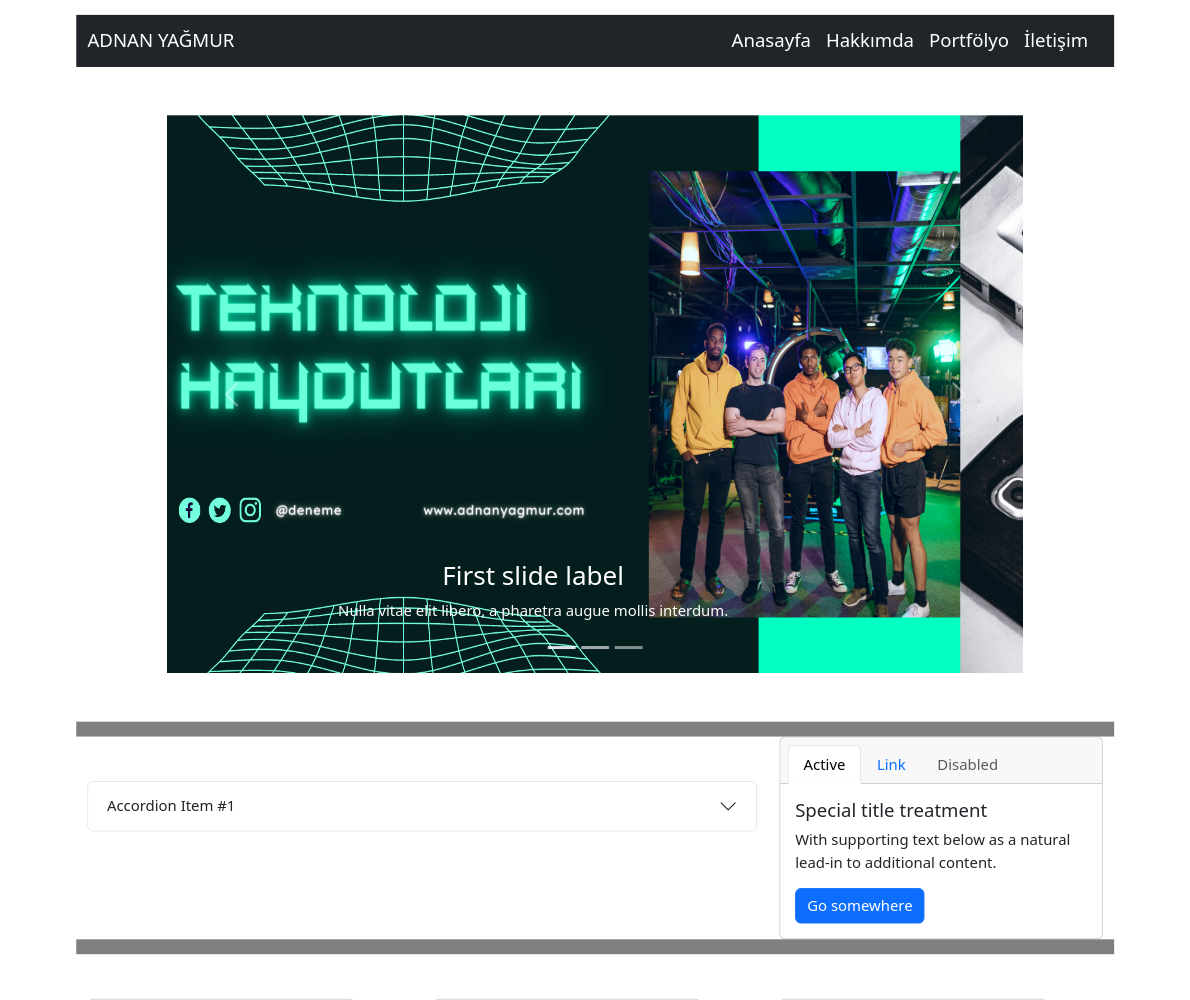
Repository: adnanyagmur/react-bootstrap-example
Page: /
The author's editor kept a copy of each file at every save. The page is drawn from the files as they stood at one save, then again after the next save.
The browser window is 1280 px wide. The pictures show the part of the page from y = 0 to 1075 px (the page is 2102 px tall before and 2150 px after), at 93% of full size.
Pictures or frames that could not be fetched are drawn as grey boxes. The project was rebuilt for these pictures with package versions that can differ from the ones it lists, and the page was loaded fresh each time.

Above is the page before, as saved 2022-06-29 12:26:44.

### src/index.js
import React from 'react';
import ReactDOM from 'react-dom/client';
import '../node_modules/bootstrap/dist/css/bootstrap.min.css';
import SSRProvider from 'react-bootstrap/SSRProvider';
import App from './App';


const root = ReactDOM.createRoot(document.getElementById('root'));
root.render(
  <React.StrictMode>
  <SSRProvider>
  <App />
</SSRProvider>
  </React.StrictMode>
);

### src/App.js
import { Container } from "react-bootstrap";
import  Appbar  from "./appComponents/Appbar.jsx";
import AppContainer from "./appComponents/AppContainer.jsx";
import AppFooter from "./appComponents/AppFooter.jsx";
import Slider from "./appComponents/Slider.jsx";

function App() {

 return (
<Container>


<Appbar></Appbar>

<Slider></Slider>


  <AppContainer></AppContainer>
  <AppFooter></AppFooter>
  </Container>
  );
}

export default App;

### src/appComponents/Appbar.jsx

const Appbar =()=>{

    return(
        <>
  <nav className="navbar navbar-dark bg-dark mb-5 mt-3">
  <div className="container-fluid">
    <a href="/" className="navbar-brand">ADNAN YAĞMUR</a>
    <form className="d-flex" role="search">
    <a href="/" className="navbar-brand">Anasayfa</a>
    <a href="/" className="navbar-brand">Hakkımda</a>
    <a href="/" className="navbar-brand">Portfölyo</a>
    <a href="/" className="navbar-brand">İletişim</a>

    </form>
  </div>
</nav>

</>
    )
}

export default Appbar;

### src/appComponents/AppContainer.jsx
import {Nav,Placeholder,Accordion,Container,Card,Button, Row, Col} from "react-bootstrap"

const AppContainer = () => {

    return (
       <Container>
        <Row className="pt-5">
        <Placeholder  xs={12} bg="black" />
        </Row>
        <Row>
        <Col sm={8}>
    <Accordion className="pt-5 pb-5">
  <Accordion.Item eventKey="0"  >
    <Accordion.Header>Accordion Item #1</Accordion.Header>
    <Accordion.Body>
      Lorem ipsum dolor sit amet, consectetur adipiscing elit, sed do eiusmod
      tempor incididunt ut labore et dolore magna aliqua. Ut enim ad minim
      veniam, quis nostrud exercitation ullamco laboris nisi ut aliquip ex ea
      commodo consequat. Duis aute irure dolor in reprehenderit in voluptate
      velit esse cillum dolore eu fugiat nulla pariatur. Excepteur sint occaecat
      cupidatat non proident, sunt in culpa qui officia deserunt mollit anim id
      est laborum.
    </Accordion.Body>
  </Accordion.Item>
</Accordion>

            </Col>
        <Col sm={4}>
        <Card>
      <Card.Header>
        <Nav variant="tabs" defaultActiveKey="#first">
          <Nav.Item>
            <Nav.Link href="#first">Active</Nav.Link>
          </Nav.Item>
          <Nav.Item>
            <Nav.Link href="#link">Link</Nav.Link>
          </Nav.Item>
          <Nav.Item>
            <Nav.Link href="#disabled" disabled>
              Disabled
            </Nav.Link>
          </Nav.Item>
        </Nav>
      </Card.Header>
      <Card.Body>
        <Card.Title>Special title treatment</Card.Title>
        <Card.Text>
          With supporting text below as a natural lead-in to additional content.
        </Card.Text>
        <Button variant="primary">Go somewhere</Button>
      </Card.Body>
    </Card>

        </Col>

        </Row>
        <Row className="pb-5">
        <Placeholder xs={12} bg="black" />
        </Row>
        <Row className="pb-5">
            <Col><Card style={{ width: '18rem' }}>

                <Card.Img className="p-3" variant="top" src="https://picsum.photos/200/200" />

                <Card.Body>
                    <Card.Title>Card Title</Card.Title>
                    <Card.Text>
                        Some quick example text to build on the card title and make up the bulk of
                        the card's content.
                    </Card.Text>
                    <Button variant="primary">Go somewhere</Button>
                </Card.Body>
            </Card></Col>
            <Col><Card style={{ width: '18rem' }}>

                <Card.Img className="p-3" variant="top" src="https://picsum.photos/200/200" />

                <Card.Body>
                    <Card.Title>Card Title</Card.Title>
                    <Card.Text>
                        Some quick example text to build on the card title and make up the bulk of
                        the card's content.
                    </Card.Text>
                    <Button variant="primary">Go somewhere</Button>
                </Card.Body>
            </Card></Col>
            <Col><Card style={{ width: '18rem' }}>

                <Card.Img className="p-3" variant="top" src="https://picsum.photos/200/200" />

                <Card.Body>
                    <Card.Title>Card Title</Card.Title>
                    <Card.Text>
                        Some quick example text to build on the card title and make up the bulk of
                        the card's content.
                    </Card.Text>
                    <Button variant="primary">Go somewhere</Button>
                </Card.Body>
            </Card></Col>
            <Col>
            <Card style={{ width: '18rem' }}>

                <Card.Img className="p-3" variant="top" src="https://picsum.photos/200/200" />

                <Card.Body>
                    <Card.Title>Card Title</Card.Title>
                    <Card.Text>
                        Some quick example text to build on the card title and make up the bulk of
                        the card's content.
                    </Card.Text>
                    <Button variant="primary">Go somewhere</Button>
                </Card.Body>
            </Card>
            </Col>
            </Row>
            </Container>


    )
}

export default AppContainer;

### src/appComponents/AppFooter.jsx


const AppFooter = ()=> {

    return (
        <div> foooter</div>
    )
}

export default AppFooter;

### src/appComponents/Slider.jsx
import { Carousel, Col, Container, Row, } from "react-bootstrap"
import Logo1 from "../assets/Logo1.png";
import Logo2 from "../assets/Logo2.png";
import Logo3 from "../assets/Logo3.png";

const Slider = () => {

  return (

  <Container className="p-1">
    <Row>
      <Col sm={1}></Col>
      <Col>
        <Carousel>
          <Carousel.Item interval={1000}>
            <img
              className="d-block w-100"
              src={Logo1}
              alt="First slide"
              height="600"
            />
            <Carousel.Caption>
              <h3>First slide label</h3>
              <p>Nulla vitae elit libero, a pharetra augue mollis interdum.</p>
            </Carousel.Caption>
          </Carousel.Item>
          <Carousel.Item interval={1000}>
            <img
              className="d-block w-100"
              src={Logo2}
              alt="Second slide"
              height="600"
            />
            <Carousel.Caption>
              <h3>Second slide label</h3>
              <p>Lorem ipsum dolor sit amet, consectetur adipiscing elit.</p>
            </Carousel.Caption>
          </Carousel.Item>
          <Carousel.Item interval={1000}>
            <img
              className="d-block w-100"
              src={Logo3}
              alt="Third slide"
              height="600"
            />
            <Carousel.Caption>
              <h3>Third slide label</h3>
              <p>Praesent commodo cursus magna, vel scelerisque nisl consectetur.</p>
            </Carousel.Caption>
          </Carousel.Item>
        </Carousel>
      </Col>
      <Col sm={1}>
      </Col>
    </Row>
  </Container>

  )
}
export default Slider;

Loaded but not shown: public/index.html (common file)

After the next save:
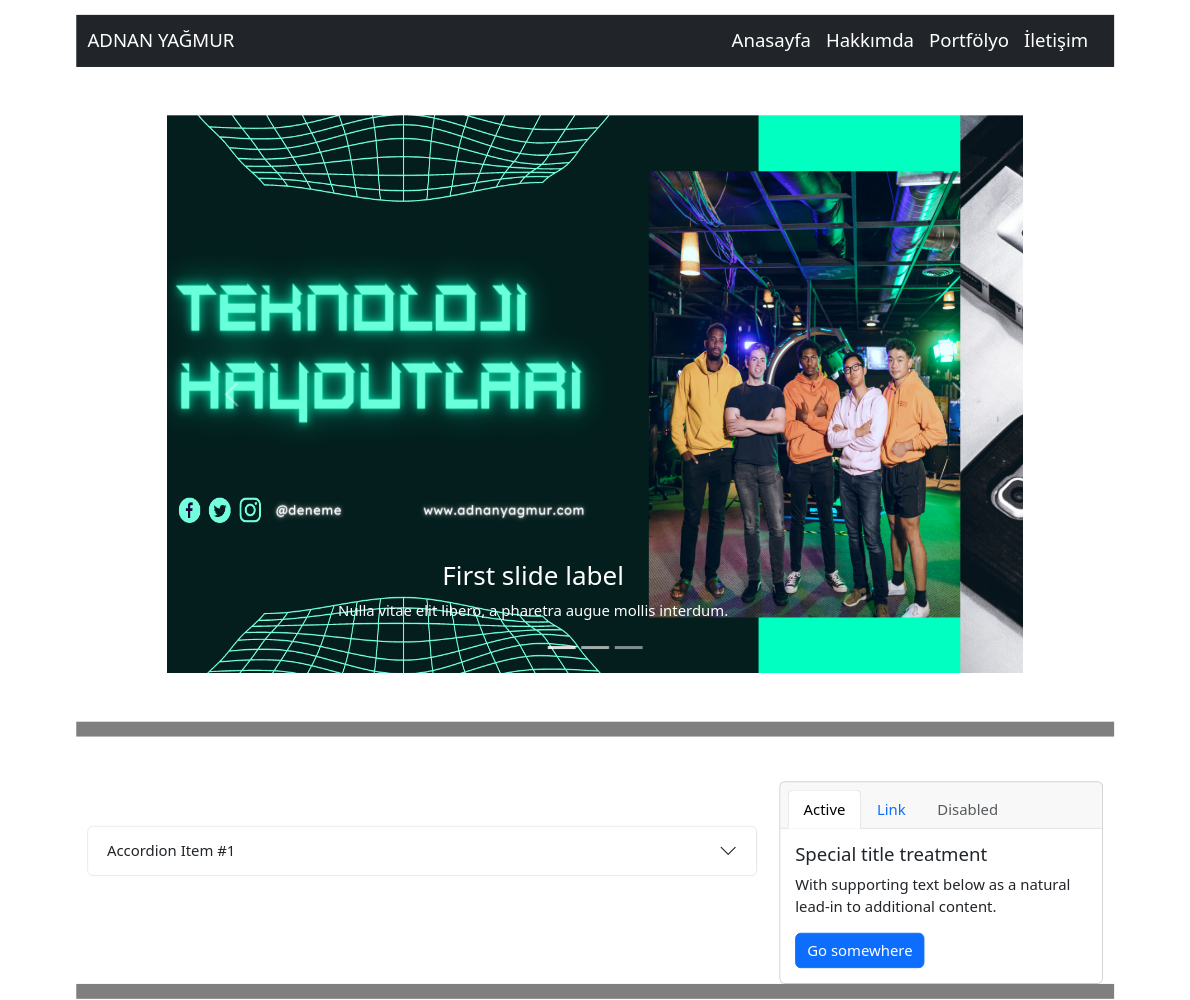
Saved 40 s later.
--- a/src/appComponents/AppContainer.jsx
+++ b/src/appComponents/AppContainer.jsx
@@ -7,7 +7,7 @@ const AppContainer = () => {
         <Row className="pt-5">
         <Placeholder  xs={12} bg="black" />
         </Row>
-        <Row>
+        <Row className="pt-5">
         <Col sm={8}>
     <Accordion className="pt-5 pb-5">
   <Accordion.Item eventKey="0"  >
